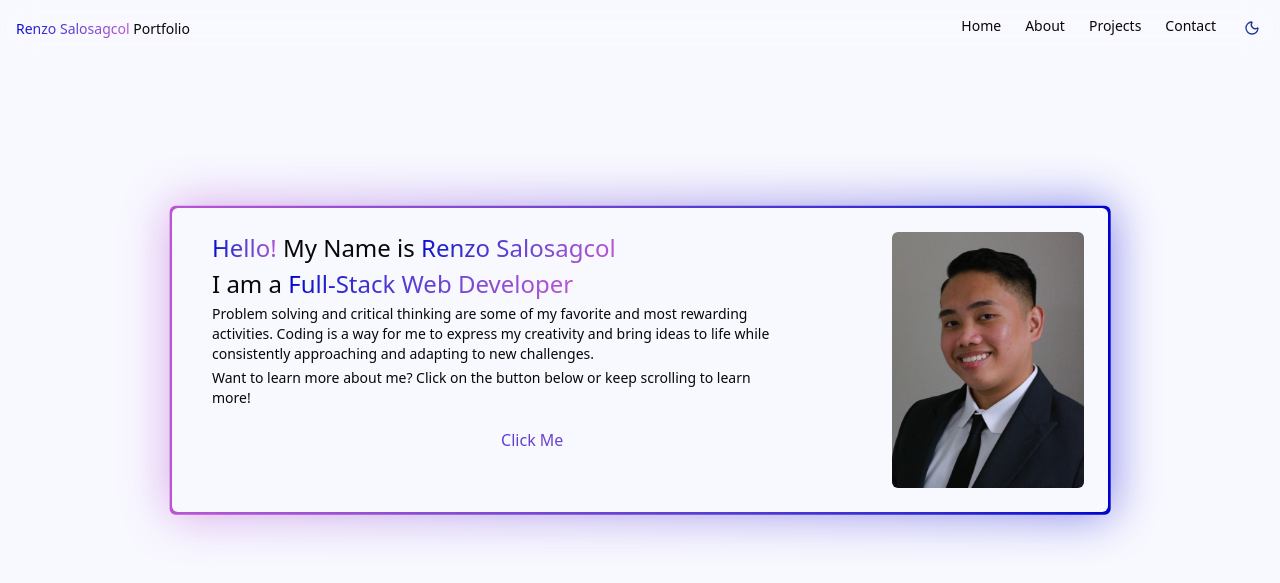
Repository: Renzo-Salosagcol/Updated_Personal_Portfolio
Page: /
An editor plug-in stored every save of this project. The page is shown before and after the next save, followed by the edit.
The browser window is 1280 px wide. The pictures show the whole page.
The project was rebuilt for these pictures with package versions that can differ from the ones it lists, and the page was loaded fresh each time. Also part of the build but not shown: vite.config.js, src/pages/NotFound.jsx.

Above is the page before, as saved 2025-10-09 20:14:53.

After the next save:
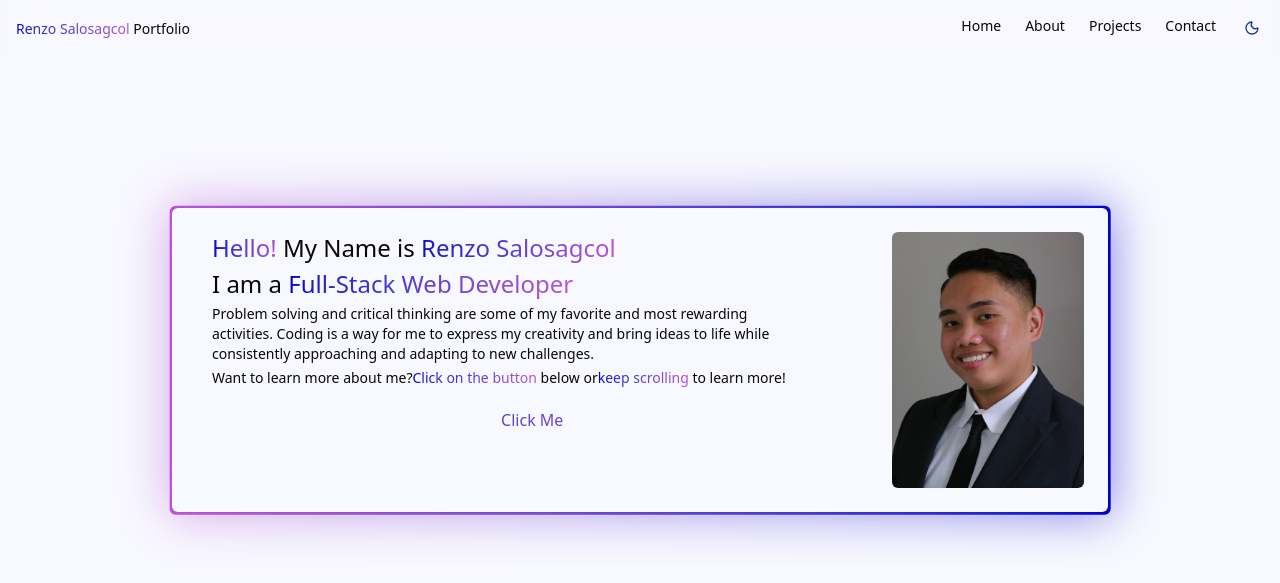
Saved 95 s later.
--- a/src/components/Hero.jsx
+++ b/src/components/Hero.jsx
@@ -13,7 +13,9 @@ export const Hero = () => {
             </h1>
             <h1 className="text-lg md:text-xl lg:text-2xl">I am a <span className="gradient-text">Full-Stack Web Developer</span></h1>
             <h3 className="w-md md:w-lg lg:w-xl text-sm">Problem solving and critical thinking are some of my favorite and most rewarding activities. Coding is a way for me to express my creativity and bring ideas to life while consistently approaching and adapting to new challenges.</h3>
-            <h3 className="w-md md:w-lg lg:w-xl text-sm">Want to learn more about me? Click on the button below or keep scrolling to learn more!</h3>
+            <h3 className="w-md md:w-lg lg:w-xl text-sm">Want to learn more about me?
+              <span className="gradient-text">Click on the button</span> below or
+              <span className="gradient-text">keep scrolling</span> to learn more!</h3>
             <button className="gradient-button">
               Click Me
             </button>
